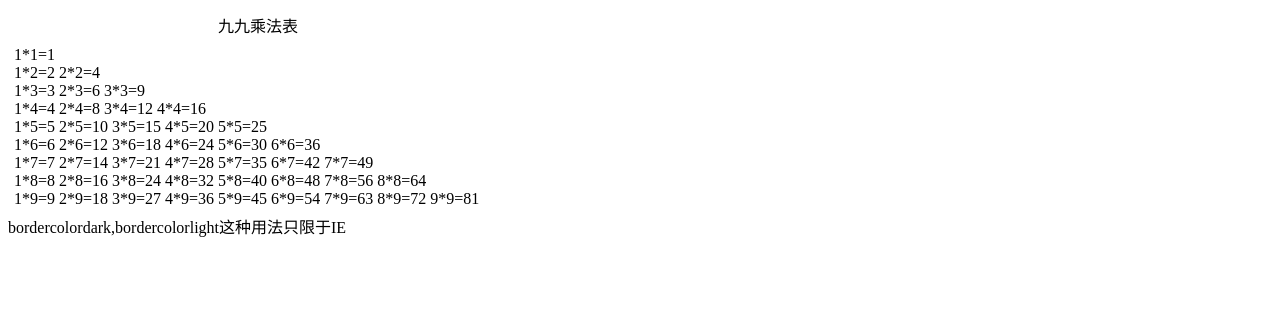
Repository: bookFireFly/bookFireFly
Page: http://localhost/JSP101/
An editor plug-in stored every save of this project. The page is shown before and after the next save, followed by the edit.
The browser window is 1280 px wide. The pictures show the whole page.
The page is served by Tomcat 9. Other server files are loaded and not shown.

Above is the page before, as saved 2017-10-24 08:45:14.

### JSP101/WebContent/index.jsp
<%@ page language="java" contentType="text/html; charset=UTF-8"
    pageEncoding="UTF-8"%>
<!DOCTYPE html PUBLIC "-//W3C//DTD HTML 4.01 Transitional//EN" "http://www.w3.org/TR/html4/loose.dtd">
<html>
<head>
<meta http-equiv="Content-Type" content="text/html; charset=UTF-8">
<title>九九乘法表</title>
</head>
<body>
<%
	String str = "";
	for (int i=1; i<=9; i++){
		for (int j = 1; j <= i; j++){
			str = str + j + "*" + i + "=" + j*i ;
			str = str + "&nbsp;";
		}
		str = str + "<br>";
	}
%>
<table width="500" height="100" border="1" cellpadding="0" cellspacing="0"
	style="font:9pt" bordercolordark="#666666" bordercolorlight="#FFFFFF" bordercolor="#FFFFFF" >
	<tr>
		<td height="30" align="center">九九乘法表</td>
	</tr>
	<tr>
		<td style="padding:3pt">
			<%= str %>	<!-- 输出九九乘法表 -->
		</td>
	</tr>
</table>
bordercolordark,bordercolorlight这种用法只限于IE
<%-- 显示用户信息开始 --%>
</body>
</html>

After the next save:
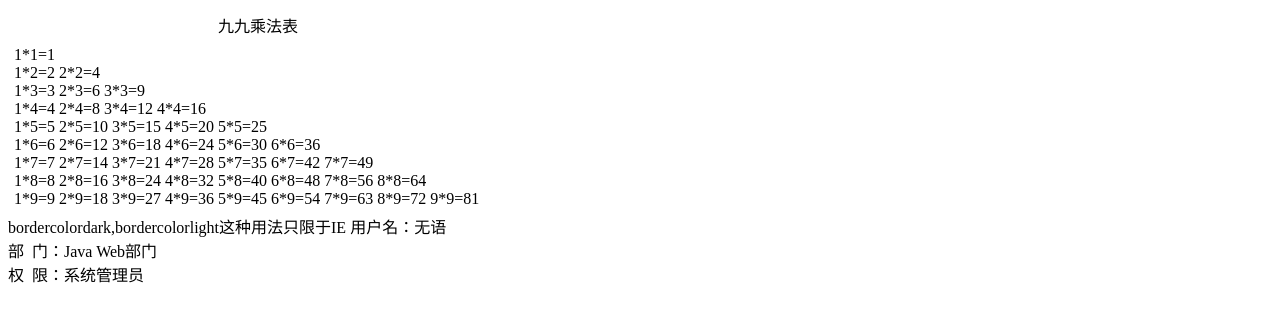
Saved 46 s later.
--- a/JSP101/WebContent/index.jsp
+++ b/JSP101/WebContent/index.jsp
@@ -30,5 +30,9 @@
 </table>
 bordercolordark,bordercolorlight这种用法只限于IE
 <%-- 显示用户信息开始 --%>
+用户名：无语<br>
+部&nbsp;&nbsp;门：Java Web部门 <br>
+权&nbsp;&nbsp;限：系统管理员
+<%-- 显示用户信息结束 --%>
 </body>
 </html>
